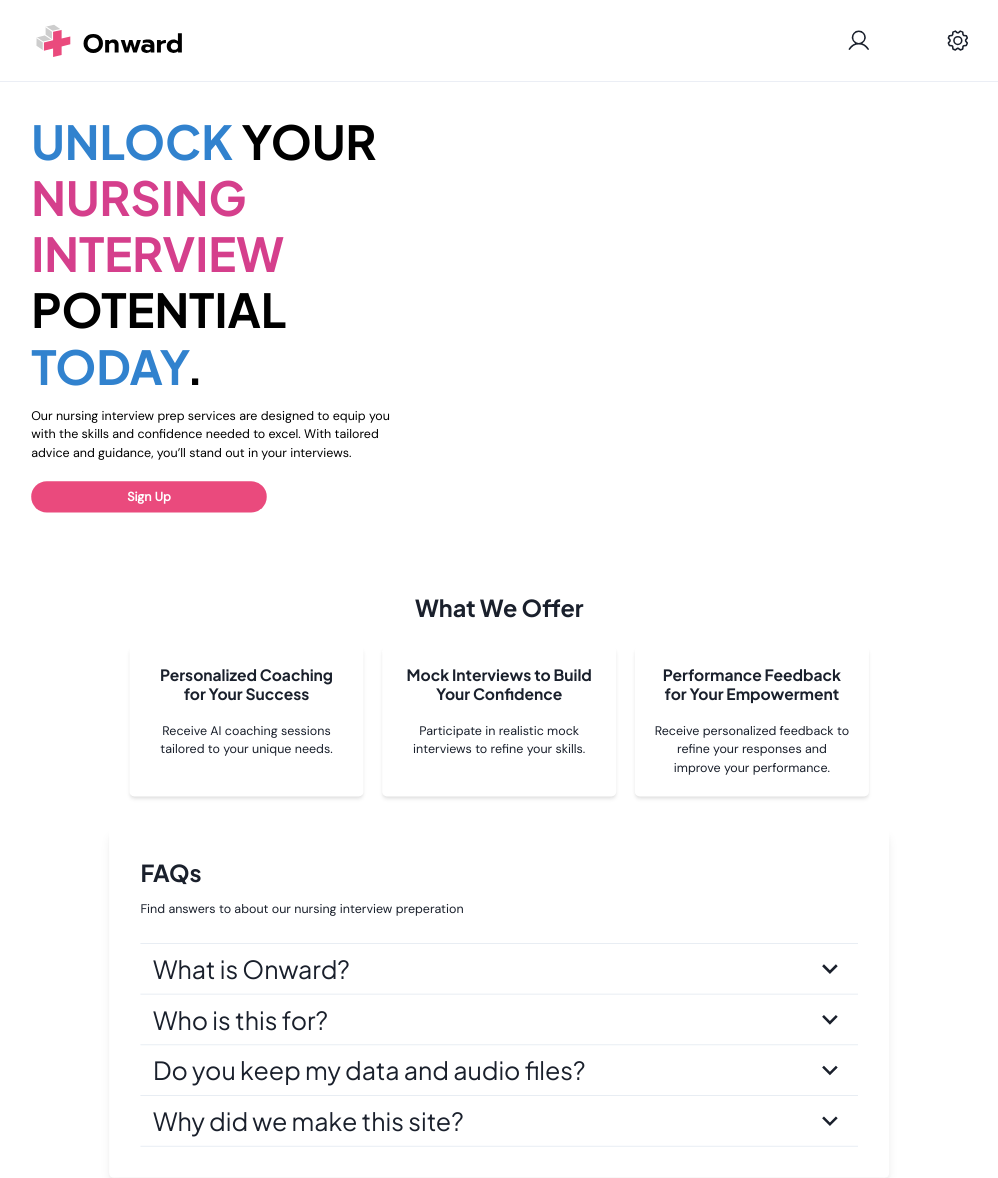
Repository: Aladdin3r/onward
Page: /landing-page
These files come from the project's save history. The page is drawn as it stood at one moment and after the next save; the edit follows.
The browser window is 1280 px wide. The pictures show the whole page, at 78% of full size.
The project was rebuilt for these pictures with package versions that can differ from the ones it lists, and the page was loaded fresh each time. The framework's server and built-in components were replaced by stand-ins that run in the browser. Also part of the build but not shown: next.config.mjs, styles/components/AppTopNav.js, styles/components/Layout.js.

Above is the page before, as saved 2024-10-29 01:51:22.

After the next save:
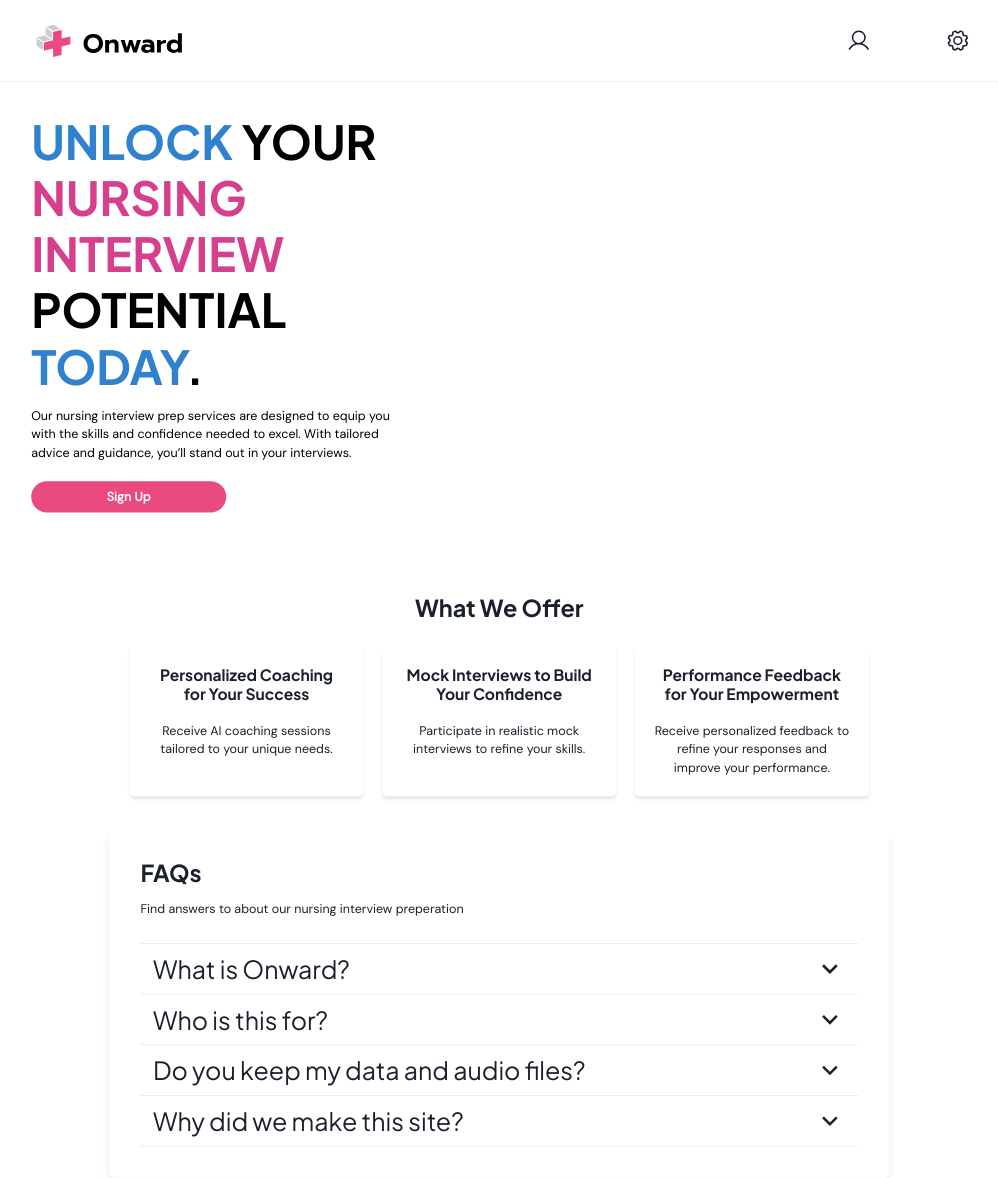
Saved 10 s later.
--- a/pages/landing-page.js
+++ b/pages/landing-page.js
@@ -47,7 +47,7 @@ export default function Home() {
                     bg="#EA4A7D"
                     color="#FFFFFF"
                     width="50%"
-                    maxW="302px"
+                    maxW="250px"
                     fontWeight="semibold"
                     fontSize="16px"
                     borderRadius="full"
